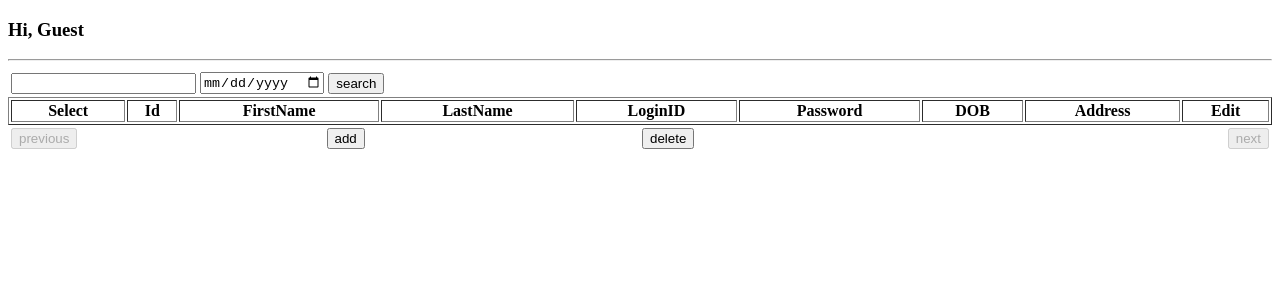
Repository: rish1208/Advance_java
Page: http://localhost/Advance-java-project/UserListCtl
An editor plug-in stored every save of this project. The page is shown before and after the next save, followed by the edit.
The browser window is 1280 px wide. The pictures show the whole page.
The page is served by Tomcat 9. Other server files are loaded and not shown. Queries for data that is not in the repository find no rows.

Above is the page before, as saved 2024-04-07 17:09:42.

### Advance java Workspace/Advance-java-project/WebContent/UserListView.jsp
<%@page import="java.util.Iterator"%>
<%@page import="java.util.List"%>
<%@ page language="java" contentType="text/html; charset=ISO-8859-1"
	pageEncoding="ISO-8859-1"%>
<!DOCTYPE html>
<html>
<head>
<meta charset="ISO-8859-1">
<title>Insert title here</title>
</head>
<body>
	<%
		int pageNo = (int) request.getAttribute("pageNo");
		int index = ((pageNo - 1) * 5) + 1;

		List nextList = (List) request.getAttribute("nextList");

		List list = (List) request.getAttribute("list");
		Iterator it = list.iterator();
	%>
	<%@include file="Header.jsp"%>
	<form action="UserListCtl" method="post">

		<table>
			<tr>
				<td><input type="text" name="firstName"></td>
				<td><input type="date" name="dob"></td>
				<td><input type="submit" name="operation" value="search"></td>
			</tr>
		</table>
		<table border="1%" style="width: 100%">
			<tr>
				<th>Select</th>
				<th>Id</th>
				<th>FirstName</th>
				<th>LastName</th>
				<th>LoginID</th>
				<th>Password</th>
				<th>DOB</th>
				<th>Address</th>
				<th>Edit</th>
			</tr>
			<%
				while (it.hasNext()) {

					UserBean bean = (UserBean) it.next();
			%>
			<tr>
				<td align="center"><input type="checkbox" name="ids"
					value="<%=bean.getId()%>"></td>
				<td><%=index++%></td>
				<td><%=bean.getFirstName()%></td>
				<td><%=bean.getLastName()%></td>
				<td><%=bean.getLoginId()%></td>
				<td><%=bean.getPassword()%></td>
				<td><%=bean.getDob()%></td>
				<td><%=bean.getAddress()%></td>
				<td><a href="UserCtl?id=<%=bean.getId()%>">edit</a></td>
			</tr>
			<%
				}
			%>
		</table>
		<table style="width: 100%">
			<tr>
				<td style="width: 25%"><input type="submit" name="operation"
					value="previous" <%=(pageNo != 1) ? "" : "disabled"%>></td>
				<td style="width: 25%"><input type="submit" name="operation"
					value="add"></td>
				<td style="width: 25%"><input type="submit" name="operation"
					value="delete"></td>
				<td style="text-align: right;"><input type="submit" name="operation"
					value="next" <%=(nextList.size() != 0) ? "" : "disabled"%>></td>
			</tr>
		</table>
		<input type="hidden" name="pageNo" value="<%=pageNo%>">
	</form>

</body>
</html>

### Advance java Workspace/Advance-java-project/WebContent/Header.jsp
<%@page import="in.co.rays.bean.UserBean"%>
<%@ page language="java" contentType="text/html; charset=ISO-8859-1"
	pageEncoding="ISO-8859-1"%>
<!DOCTYPE html>
<html>
<head>
<meta charset="ISO-8859-1">
<title>Insert title here</title>
</head>
<body>
	<%
		UserBean user = (UserBean) session.getAttribute("user");
	%>
	<%
		if (user != null) {
	%>
	<h3>
		Hi,
		<%=user.getFirstName()%></h3>
	<a href="UserCtl">Add User</a> |
	<a href="UserListCtl">User List</a> |
	<a href="LoginCtl?operation=logout">Logout</a>
	<%
		} else {
	%>
	<h3>Hi, Guest</h3>
	<%
		}
	%>
	<hr>
</body>
</html>

### Advance java Workspace/Advance-java-project/src/in/co/rays/ctl/UserListCtl.java

package in.co.rays.ctl;

import java.io.IOException;
import java.util.List;

import javax.servlet.RequestDispatcher;
import javax.servlet.ServletException;
import javax.servlet.annotation.WebServlet;
import javax.servlet.http.HttpServlet;
import javax.servlet.http.HttpServletRequest;
import javax.servlet.http.HttpServletResponse;

import in.co.rays.bean.UserBean;
import in.co.rays.model.UserModel;

@WebServlet("/UserListCtl")
public class UserListCtl extends HttpServlet {

	@Override
	protected void doGet(HttpServletRequest req, HttpServletResponse resp) throws ServletException, IOException {

		int pageNo = 1;
		int pageSize = 5;

		UserModel model = new UserModel();

		try {
			List list = model.search(null, pageNo, pageSize);
			List nextList = model.search(null, pageNo + 1, pageSize);
			req.setAttribute("list", list);
			req.setAttribute("nextList", nextList);
			req.setAttribute("pageNo", pageNo);
			RequestDispatcher rd = req.getRequestDispatcher("UserListView.jsp");
			rd.forward(req, resp);
		} catch (Exception e) {
			e.printStackTrace();
		}

	}

	@Override
	protected void doPost(HttpServletRequest req, HttpServletResponse resp) throws ServletException, IOException {

		UserBean bean = null;
		int pageNo = Integer.parseInt(req.getParameter("pageNo"));
		int pageSize = 5;

		UserModel model = new UserModel();

		String firstName = req.getParameter("firstName");
		String op = req.getParameter("operation");

		if (op.equals("search")) {
			bean = new UserBean();
			bean.setFirstName(firstName);
			pageNo = 1;
		}

		if (op.equals("add")) {
			resp.sendRedirect("UserCtl");
		}

		if (op.equals("next")) {
			pageNo++;
		}

		if (op.equals("previous")) {
			pageNo--;
		}

		if (op.equals("delete")) {
			pageNo = 1;
			String[] ids = req.getParameterValues("ids");
			if (ids != null && ids.length > 0) {
				for (String id : ids) {
					try {
						model.delete(Integer.parseInt(id));
					} catch (Exception e) {
						e.printStackTrace();
					}
				}
			}

		}

		try {
			List list = model.search(bean, pageNo, pageSize);
			List nextList = model.search(bean, pageNo + 1, pageSize);
			req.setAttribute("list", list);
			req.setAttribute("nextList", nextList);
			req.setAttribute("pageNo", pageNo);
			RequestDispatcher rd = req.getRequestDispatcher("UserListView.jsp");
			rd.forward(req, resp);
		} catch (Exception e) {
			e.printStackTrace();
		}

	}

}

### Advance java Workspace/Advance-java-project/src/in/co/rays/model/UserModel.java
package in.co.rays.model;

import java.sql.Connection;
import java.sql.DriverManager;
import java.sql.PreparedStatement;
import java.sql.ResultSet;
import java.util.ArrayList;
import java.util.List;

import in.co.rays.bean.UserBean;

public class UserModel {

	public Integer nextPk() throws Exception {

		int pk = 0;

		Class.forName("com.mysql.cj.jdbc.Driver");

		Connection conn = DriverManager.getConnection("jdbc:mysql://localhost:3306/advance_practicals", "root", "root");

		PreparedStatement ps = conn.prepareStatement("select max(id) from user");

		ResultSet rs = ps.executeQuery();

		while (rs.next()) {

			pk = rs.getInt(1);

		}
		return pk + 1;
	}

	public void add(UserBean bean) throws Exception {

		int pk = nextPk();

		Class.forName("com.mysql.cj.jdbc.Driver");

		Connection conn = DriverManager.getConnection("jdbc:mysql://localhost:3306/advance_practicals", "root", "root");

		PreparedStatement ps = conn.prepareStatement("insert into user values(?, ?, ?, ?, ?, ?, ?)");

		ps.setInt(1, pk);
		ps.setString(2, bean.getFirstName());
		ps.setString(3, bean.getLastName());
		ps.setString(4, bean.getLoginId());
		ps.setString(5, bean.getPassword());
		ps.setDate(6, new java.sql.Date(bean.getDob().getTime()));
		ps.setString(7, bean.getAddress());

		int i = ps.executeUpdate();

		System.out.println("data inserted = " + i);

	}

	public void update(UserBean bean) throws Exception {

		Class.forName("com.mysql.cj.jdbc.Driver");

		Connection conn = DriverManager.getConnection("jdbc:mysql://localhost:3306/advance_practicals", "root", "root");

		PreparedStatement ps = conn.prepareStatement(
				"update user set first_name = ?, last_name = ?, login_id = ?, password = ?, dob = ?, address = ? where id = ?");

		ps.setString(1, bean.getFirstName());
		ps.setString(2, bean.getLastName());
		ps.setString(3, bean.getLoginId());
		ps.setString(4, bean.getPassword());
		ps.setDate(5, new java.sql.Date(bean.getDob().getTime()));
		ps.setString(6, bean.getAddress());
		ps.setInt(7, bean.getId());

		int i = ps.executeUpdate();

		System.out.println("data updated = " + i);

	}

	public void delete(int id) throws Exception {

		int pk = nextPk();

		Class.forName("com.mysql.cj.jdbc.Driver");

		Connection conn = DriverManager.getConnection("jdbc:mysql://localhost:3306/advance_practicals", "root", "root");

		PreparedStatement ps = conn.prepareStatement("delete from user where id = ?");

		ps.setInt(1, id);

		int i = ps.executeUpdate();

		System.out.println("data deleted = " + i);

	}

	public UserBean authenticate(String loginId, String password) throws Exception {

		int pk = nextPk();

		Class.forName("com.mysql.cj.jdbc.Driver");

		Connection conn = DriverManager.getConnection("jdbc:mysql://localhost:3306/advance_practicals", "root", "root");

		PreparedStatement ps = conn.prepareStatement("select * from user where login_id = ? and password = ?");

		ps.setString(1, loginId);
		ps.setString(2, password);

		ResultSet rs = ps.executeQuery();

		UserBean bean = null;

		while (rs.next()) {
			bean = new UserBean();
			bean.setId(rs.getInt(1));
			bean.setFirstName(rs.getString(2));
			bean.setLastName(rs.getString(3));
			bean.setLoginId(rs.getString(4));
			bean.setPassword(rs.getString(5));
			bean.setDob(rs.getDate(6));
			bean.setAddress(rs.getString(7));
		}
		return bean;
	}

	public UserBean findByPk(int id) throws Exception {

		int pk = nextPk();

		Class.forName("com.mysql.cj.jdbc.Driver");

		Connection conn = DriverManager.getConnection("jdbc:mysql://localhost:3306/advance_practicals", "root", "root");

		PreparedStatement ps = conn.prepareStatement("select * from user where id = ?");

		ps.setInt(1, id);

		ResultSet rs = ps.executeQuery();

		UserBean bean = null;

		while (rs.next()) {
			bean = new UserBean();
			bean.setId(rs.getInt(1));
			bean.setFirstName(rs.getString(2));
			bean.setLastName(rs.getString(3));
			bean.setLoginId(rs.getString(4));
			bean.setPassword(rs.getString(5));
			bean.setDob(rs.getDate(6));
			bean.setAddress(rs.getString(7));
		}
		return bean;
	}

	public List search() throws Exception {

		int pk = nextPk();

		Class.forName("com.mysql.cj.jdbc.Driver");

		Connection conn = DriverManager.getConnection("jdbc:mysql://localhost:3306/advance_practicals", "root", "root");

		PreparedStatement ps = conn.prepareStatement("select * from user");

		ResultSet rs = ps.executeQuery();

		List list = new ArrayList();

		while (rs.next()) {
			UserBean bean = new UserBean();
			bean.setId(rs.getInt(1));
			bean.setFirstName(rs.getString(2));
			bean.setLastName(rs.getString(3));
			bean.setLoginId(rs.getString(4));
			bean.setPassword(rs.getString(5));
			bean.setDob(rs.getDate(6));
			bean.setAddress(rs.getString(7));
			list.add(bean);
		}
		return list;
	}

	public List search(UserBean bean, int pageNo, int pageSize) throws Exception {

		int pk = nextPk();

		Class.forName("com.mysql.cj.jdbc.Driver");

		Connection conn = DriverManager.getConnection("jdbc:mysql://localhost:3306/advance_practicals", "root", "root");

		StringBuffer sql = new StringBuffer("select * from user where 1=1");

		if (bean != null) {

			if (bean.getFirstName() != null && bean.getFirstName().length() > 0) {
				sql.append(" and first_name like '" + bean.getFirstName() + "%'");
			}

			if (bean.getDob() != null && bean.getDob().getTime() > 0) {
				sql.append(" and dob like '" + new java.sql.Date(bean.getDob().getTime()) + "%'");
			}

		}

		if (pageSize > 0) {

			pageNo = (pageNo - 1) * pageSize;

			sql.append(" limit " + pageNo + ", " + pageSize);
		}

		System.out.println("sql => " + sql);

		PreparedStatement ps = conn.prepareStatement(sql.toString());

		ResultSet rs = ps.executeQuery();

		List list = new ArrayList();

		while (rs.next()) {
			bean = new UserBean();
			bean.setId(rs.getInt(1));
			bean.setFirstName(rs.getString(2));
			bean.setLastName(rs.getString(3));
			bean.setLoginId(rs.getString(4));
			bean.setPassword(rs.getString(5));
			bean.setDob(rs.getDate(6));
			bean.setAddress(rs.getString(7));
			list.add(bean);
		}
		return list;
	}

}

After the next save:
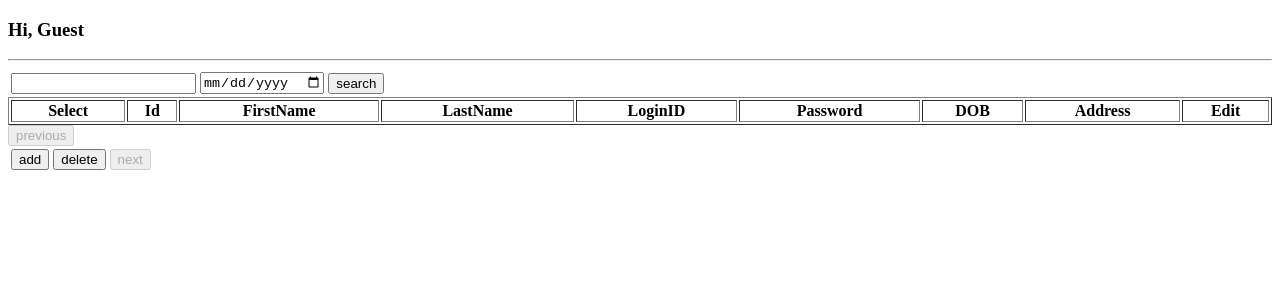
Saved 44 s later.
--- a/Advance java Workspace/Advance-java-project/WebContent/UserListView.jsp
+++ b/Advance java Workspace/Advance-java-project/WebContent/UserListView.jsp
@@ -61,15 +61,15 @@
 				}
 			%>
 		</table>
-		<table style="width: 100%">
+		<table>
 			<tr>
-				<td style="width: 25%"><input type="submit" name="operation"
+				<td"><input type="submit" name="operation"
 					value="previous" <%=(pageNo != 1) ? "" : "disabled"%>></td>
-				<td style="width: 25%"><input type="submit" name="operation"
+				<td><input type="submit" name="operation"
 					value="add"></td>
-				<td style="width: 25%"><input type="submit" name="operation"
+				<td><input type="submit" name="operation"
 					value="delete"></td>
-				<td style="text-align: right;"><input type="submit" name="operation"
+				<td><input type="submit" name="operation"
 					value="next" <%=(nextList.size() != 0) ? "" : "disabled"%>></td>
 			</tr>
 		</table>
